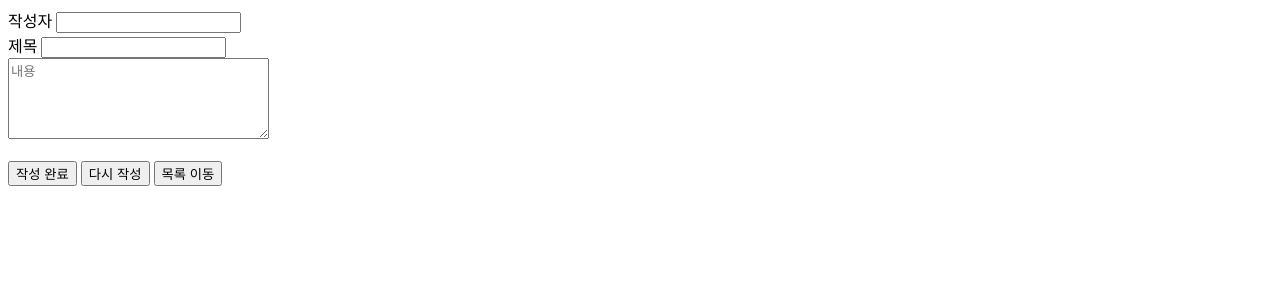
Repository: yangchunsick/JSPstudy
Page: http://localhost/11_MYHOME/free/update.jsp
An editor plug-in stored every save of this project. The page is shown before and after the next save, followed by the edit.
The browser window is 1280 px wide. The pictures show the whole page.
The page is served by Tomcat 9.

Above is the page before, as saved 2021-11-22 06:02:20.

After the next save:
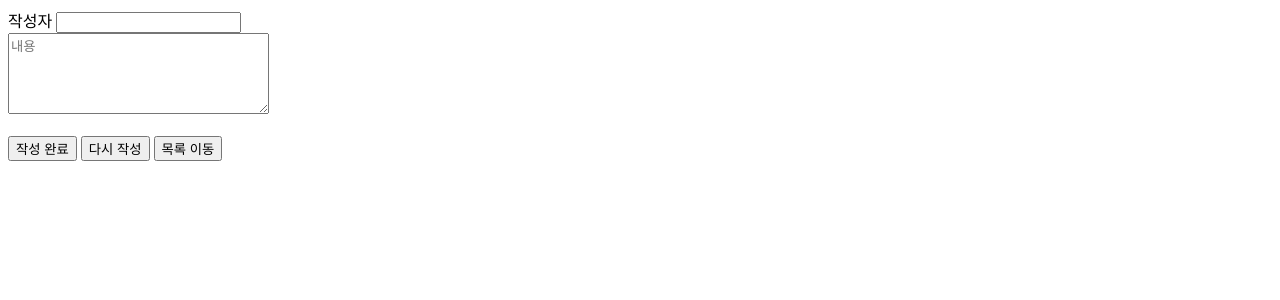
Saved 20 s later.
--- a/workspace/11_MYHOME/WebContent/free/update.jsp
+++ b/workspace/11_MYHOME/WebContent/free/update.jsp
@@ -24,8 +24,7 @@
 		<form id="f" action="insert.free" method="post">
 			<label for="writer">작성자</label>
 			<input type="text" name="writer" id="writer" value="${loginUser.id}" readonly><br>
-			<label for="title">제목</label>
-			<input type="text" name="title" id="title"><br>
+
 			<textarea rows="5" cols="30" name="content" placeholder="내용"></textarea><br><br>
 			<button>작성 완료</button>
 			<input type="reset" value="다시 작성">
